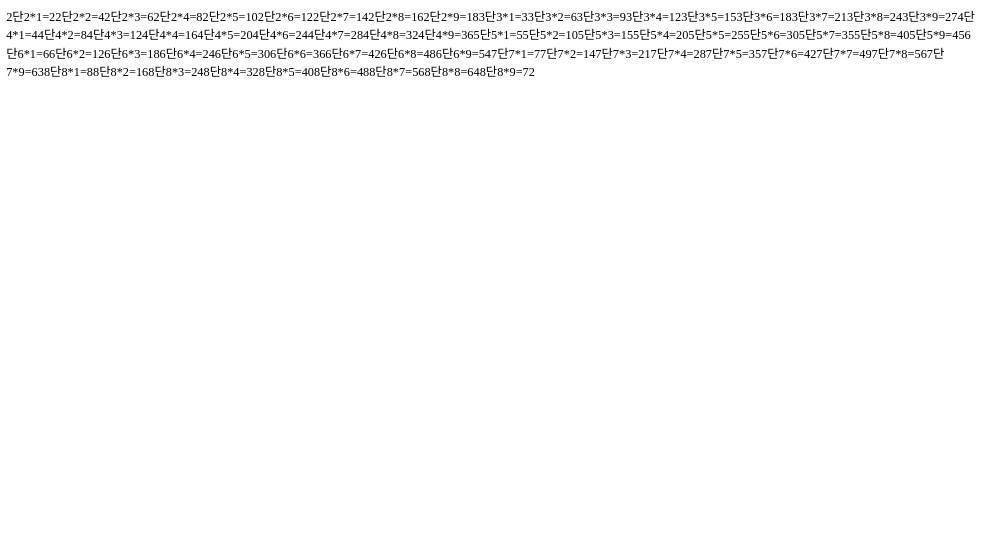
Repository: nh1531/JSP
Page: http://localhost/JSPMission/gugudan1.jsp
These files come from the project's save history. The page is drawn as it stood at one moment and after the next save; the edit follows.
The browser window is 1280 px wide. The pictures show the whole page, at 77% of full size.
The page is served by Tomcat 9.

Above is the page before, as saved 2023-02-22 02:29:15.

### JSPMission/src/main/webapp/gugudan1.jsp
<%@ page language="java" contentType="text/html; charset=UTF-8"
    pageEncoding="UTF-8"%>
<!DOCTYPE html>
<html>
<head>
<meta charset="UTF-8">
<title>구구단</title>
</head>
<body>
<%
	for(int i=2; i<9; i++){
		for(int j=1; j<=9; j++){
			out.print(i + "단");
			out.print(i + "*" + j + "=" + (i*j));
		}
	}
%>

</body>
</html>

After the next save:
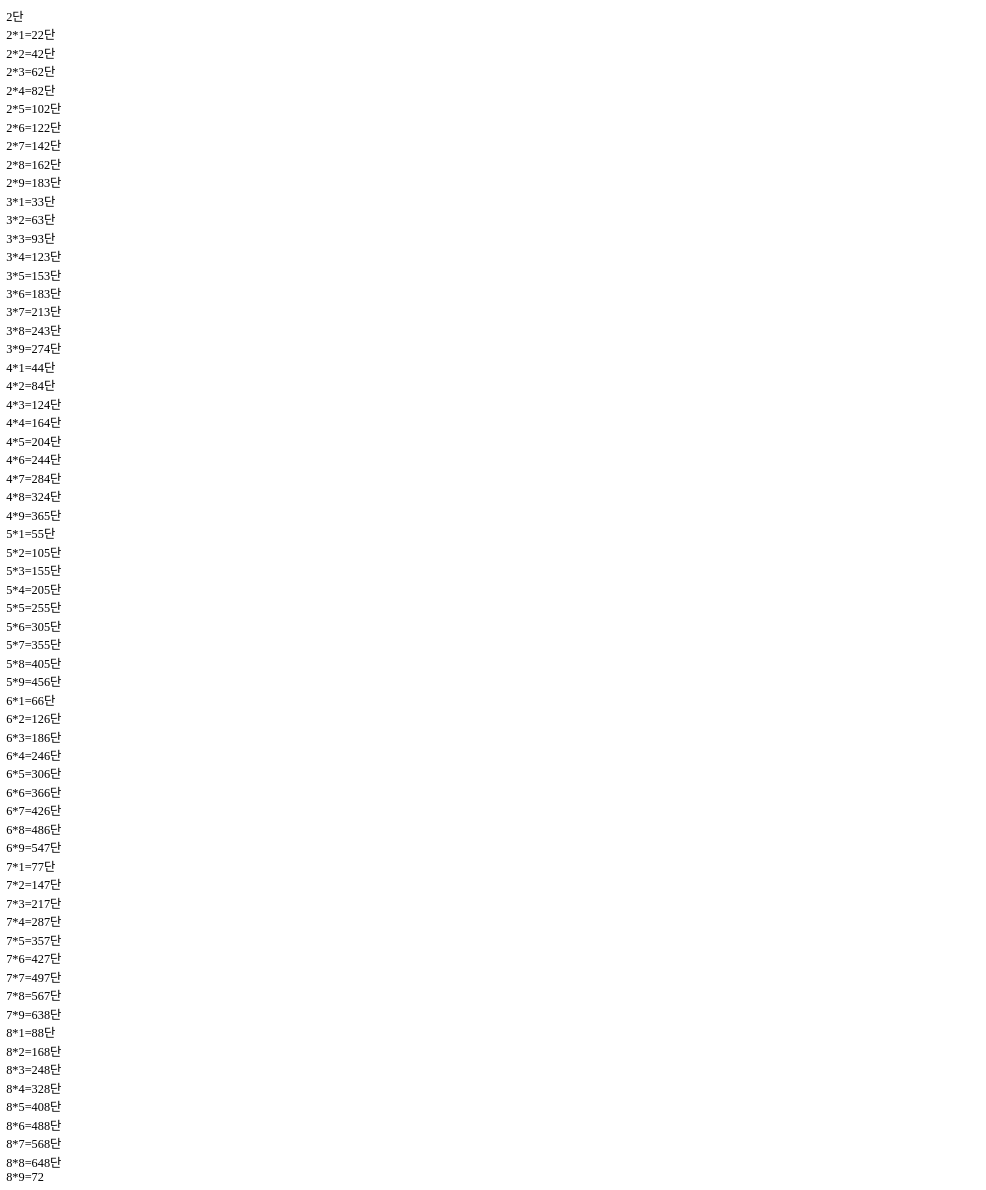
Saved 27 s later.
--- a/JSPMission/src/main/webapp/gugudan1.jsp
+++ b/JSPMission/src/main/webapp/gugudan1.jsp
@@ -10,7 +10,7 @@
 <%
 	for(int i=2; i<9; i++){
 		for(int j=1; j<=9; j++){
-			out.print(i + "단");
+			out.print(i + "단" + "<br>");
 			out.print(i + "*" + j + "=" + (i*j));
 		}
 	}
